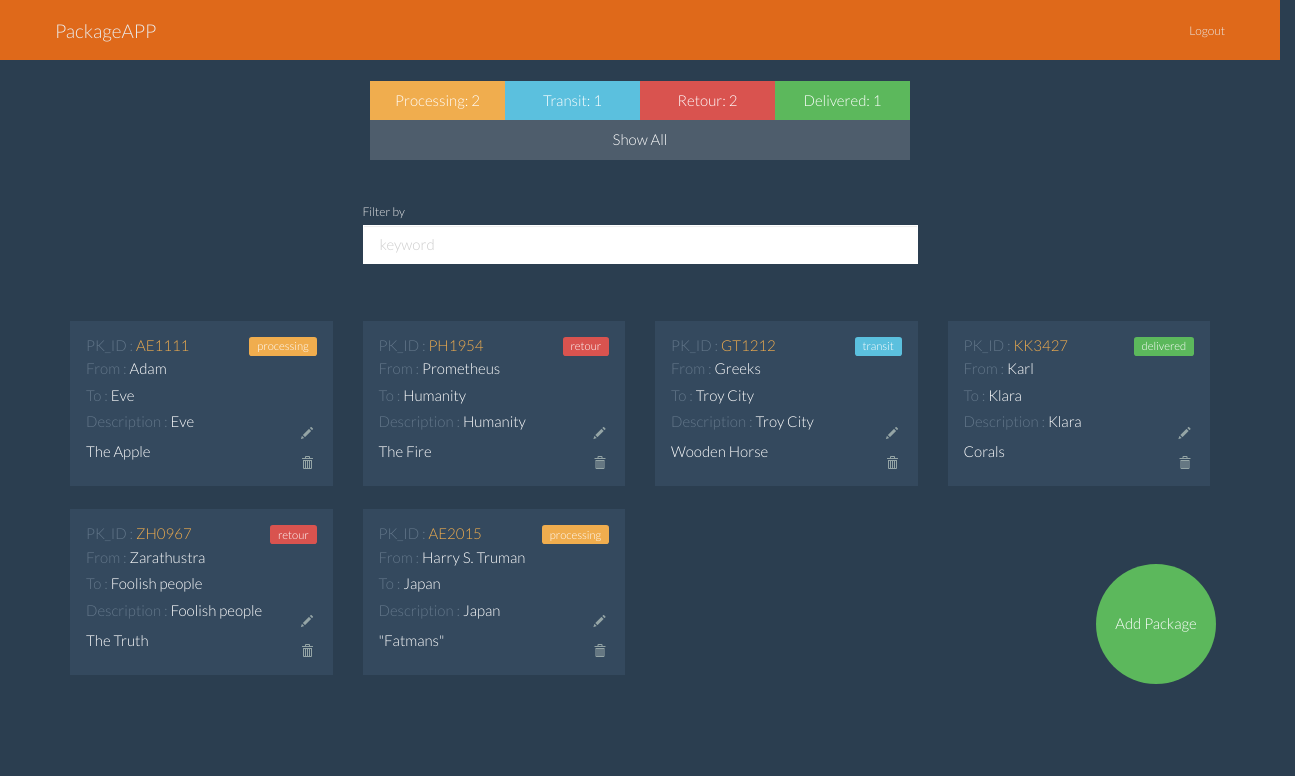
Repository: andreasmihm/aizat
Page: index.html
The author's editor kept a record of every edit. The page is drawn from the files as they stood at one moment, then again after the next edit.
The browser window is 1280 px wide. The page is 1295 px wide, so the pictures cover 1295 px, including what lies to the right of the window. The pictures show the whole page.

Above is the page before.

### index.html
<!DOCTYPE html>
<html>

<head>
  <meta charset="utf-8">
  <title>PackageAPP</title>

  <link rel="stylesheet" href="app/assets/bower_components/bootswatch-dist/css/bootstrap.min.css">
  <link rel="stylesheet" href="app/assets/style/main.css">
  <script src="app/assets/bower_components/jquery/dist/jquery.min.js"></script>
</head>

<body ng-app="PackageApp">

  <nav class="navbar navbar-inverse">
    <div id="wide_nav" class="container">
      <div class="navbar-header">
        <a class="navbar-brand" href="#">PackageAPP</a>
      </div>

      <ul class="nav navbar-nav navbar-right">
        <li><a href="#">Logout</a></li>
      </ul>
    </div>
  </nav>
  <div class="row">
    <div class="container" ng-controller="StatusCtrl">
      <div class="col-md-6 col-md-offset-3">
        <div class="btn-group btn-group-justified">
          <a href="#" class="btn btn-warning" ng-class="checked('processing') ? 'checked' : 'notCh' " ng-click="filterStatus('processing')">Processing: {{ getNumberStatus('processing') }} </a>
          <a href="#" class="btn btn-info" ng-class="checked('transit') ? 'checked' : 'notCh' " ng-click="filterStatus('transit')">Transit: {{ getNumberStatus('transit') }} </a>
          <a href="#" class="btn btn-danger" ng-class="checked('retour') ? 'checked' : 'notCh' " ng-click="filterStatus('retour')">Retour: {{ getNumberStatus('retour') }} </a>
          <a href="#" class="btn btn-success" ng-class="checked('delivered') ? 'checked' : 'notCh' " ng-click="filterStatus('delivered')">Delivered: {{ getNumberStatus('delivered') }} </a>
        </div>
        <div class="btn-group btn-group-justified">
          <a href="#" class="btn btn-default" ng-click="showAll()">Show All</a>
        </div>
      </div>
    </div>
  </div>

  <div class="break">
  </div>

  <div class="container" ng-controller="ListCtrl">
    <div class="row">
      <div class="form-group col-md-6 col-md-offset-3">
        <label class="control-label">Filter by</label>
        <div class="">
          <input class="form-control" placeholder="keyword" type="text" ng-model="search">
        </div>
      </div>
    </div>
    <div class="break">
    </div>
    <div class="row">
      <div class="col-lg-3 col-md-4 col-xs-6 animate-repeat" ng-repeat="pack in packs | filter:search | status">
        <div class="package">
          <div class="alert">
            <h5 class="list-group-item-heading"><span class="text-muted">PK_ID&#09;:</span> <span class="text-warning">{{pack.id}}</span><button type="button" class="btn label label-{{getClass(pack.id)}} pull-right" ng-click="cycStatus(pack.id)">{{pack.status}}</button></h5>
            <p><span class="text-muted">From :</span> {{pack.sen}}</p>
            <p><span class="text-muted">To :</span> {{pack.rec}}</p>
            <p><span class="text-muted">Description :</span> {{pack.rec}}
            <h5>{{pack.desc}}</h5>
            <div class="package-ctrl">
              <button ng-click="edit(pack.id)" class="btn btn-sm btn-package"><span class="glyphicon glyphicon-pencil" aria-hidden="true"></span></button>
              <button ng-click="delete(pack.id)" class="btn btn-sm btn-package"><span class="glyphicon glyphicon-trash" aria-hidden="true"></span></button>
            </div>
          </div>
        </div>
      </div>
    </div>
  </div>

  <div class="container" ng-controller="AddCtrl">
    <button id="addPack" class="btn btn-success" ng-click="modalVis = true">Add Package</button>
    <div class="modal" ng-class="modalVis ? 'show' : 'hide' ">
      <div class="modal-dialog">
        <div class="modal-content">
          <div class="modal-header">
            <h4 class="modal-title">Add Package</h4>
          </div>
          <div class="modal-body">
            <form class="form-horizontal">
              <fieldset>
                <div class="form-group">
                  <label for="sender" class="col-lg-2 control-label">Sender</label>
                  <div class="col-lg-10">
                    <input type="text" class="form-control" id="sender" placeholder="sender name" ng-model="sender" required>
                  </div>
                </div>
                <div class="form-group">
                  <label for="recipient" class="col-lg-2 control-label">Recipient</label>
                  <div class="col-lg-10">
                    <input type="text" class="form-control" id="recipient" placeholder="recipient name" ng-model="recipient" required>
                  </div>
                </div>
                <div class="form-group">
                  <label for="description" class="col-lg-2 control-label">Description</label>
                  <div class="col-lg-10">
                    <textarea class="form-control" rows="3" id="description" ng-model="description" required></textarea>
                  </div>
                </div>

                <div class="form-group">
                  <div class="col-lg-10 col-lg-offset-2">
                    <button type="submit" class="btn btn-primary" ng-click="addPack()">Submit</button>
                    <button type="reset" class="btn btn-default" ng-click="modalVis = false">Cancel</button>
                  </div>
                </div>
              </fieldset>
            </form>
          </div>
        </div>
      </div>
    </div>
  </div>

  <div class="doubleBreak">

  </div>


  <!-- bootstrap dependencies -->
  <script src="app/assets/bower_components/bootswatch-dist/js/bootstrap.min.js"></script>
  <!-- angular dependencies -->
  <script src="app/assets/bower_components/angular/angular.min.js"></script>
  <script src="app/assets/bower_components/angular-local-storage/dist/angular-local-storage.min.js"></script>
  <script src="app/assets/bower_components/angular-animate/angular-animate.js"></script>
  <!-- angular appConfig -->
  <script src="app/app.js"></script>
  <script src="app/app.config.js"></script>
  <!-- angular controllers -->
  <script src="app/js/controllers/addCtrl.js"></script>
  <script src="app/js/controllers/statusCtrl.js"></script>
  <script src="app/js/controllers/listCtrl.js"></script>
  <!-- angular services -->
  <script src="app/js/services/packageService.js"></script>



</body>

</html>

### app/assets/style/main.css
#wide_nav {
    padding: 10px 0;
}

#id {
    display: block;
    height: 100px !important;
}

.break {
    width: 100%;
    height: 40px;
}

.doubleBreak {
    width: 100%;
    height: 80px;
}

.package {
    background:#34495e;
    margin: 2px 0;
}

.package-ctrl {
    position:absolute;
    right: 8%;
    bottom: 15%;
}

.btn-package {
    color: #95a5a6;
    background:#34495e;
    transition: all 0.3s;
    display: block;
}

.label {
    transition: all 0.4s;
}

.btn-package:hover {
}

.checked {
    opacity: 1;
}

.notCh {
    opacity: 0.3;
}

#addPack {
    position: fixed;
    bottom: 5%;
    right: 5%;
    width: 120px;
    height: 120px;
    border-radius: 100%;
    background: #5cb85c;
}

.animate-repeat.ng-enter {
    animation: enter 0.6s;
    -webkit-animation: enter 0.6s;
}

.animate-repeat.ng-leave {
    animation: exit 0.8s;
    -webkit-animation: exit 0.8s;
}

.text-muted {
    color: #63778a;
}

@keyframes enter {
    from {
        opacity: 0;
        transform: scale3d(.3, .3, .3);
    }
    50% {
        opacity: 1;
    }
}

@keyframes exit {
    from {
        opacity: 1;
    }
    50% {
        opacity: 0;
        transform: scale3d(.3, .3, .3);
    }
    to {
        opacity: 0;
    }
}

### app/app.js
'use strict';

angular.module('PackageApp', ['ngAnimate']);

### app/app.config.js
/*angular.module('PackageApp').config(function() {

});*/

### app/js/controllers/addCtrl.js
angular.module('PackageApp').controller('AddCtrl', function($scope, packageService) {
    $scope.addPack = function() {
        if ($scope.sender && $scope.recipient && $scope.description) {
            var newPack = {
                id: $scope.sender.charAt(0).toUpperCase() + $scope.recipient.charAt(0).toUpperCase() + getRandom(),
                sen: $scope.sender,
                rec: $scope.recipient,
                desc: $scope.description,
                status: 'processing'
            };
            packageService.addPack(newPack);
            flushFields();
            $scope.modalVis = false;
        }
    }

    $scope.modalVis = false;

    function flushFields() {
        $scope.sender = '';
        $scope.recipient = '';
        $scope.description = '';
    };

    function getRandom() {
        return Math.floor(Math.random() * (9999 - 1111) + 1111);
    }
});

### app/js/controllers/statusCtrl.js
angular.module('PackageApp').controller('StatusCtrl', function($scope, packageService, checkedStatus) {
    $scope.getNumberStatus = function(status) {
        return packageService.getPackByStatus(status).length;
    }

    $scope.showAll = function(){
        checkedStatus.flush();
    }

    $scope.filterStatus = function(stat){
        checkedStatus.toggle(stat);
    }
    $scope.checked = function(stat){
        return checkedStatus.check(stat);
    }
}).factory('checkedStatus', function() {
    var checked = [];
    return {
        check: function(stat) {
            if(checked.length > 0)
                return (checked.indexOf(stat) > -1) ? true : false;
            else
                return true;
        },
        toggle: function(stat) {
            if (checked.indexOf(stat) == -1)
                return checked.push(stat);
            else
                checked = checked.filter(function(elem) {
                    return elem !== stat;
                });
        },
        flush: function(){
            checked = [];
        }
    }
}).filter('status', ['checkedStatus', function(checkedStatus) {
    return function(packs) {
        return packs.filter(function(pack){
            return checkedStatus.check(pack.status);
        });
    };
}]);

### app/js/controllers/listCtrl.js
angular.module('PackageApp').controller('ListCtrl', function($scope, packageService) {

    $scope.packs = packageService.getPacks();

    $scope.getClass = function(id) {
        var stat = packageService.getPackByID(id)[0].status;
        switch (stat) {
            case 'processing':
                return 'warning';
                break;
            case 'transit':
                return 'info';
                break;
            case 'retour':
                return 'danger';
                break;
            case 'delivered':
                return 'success';
                break;

            default:
                return 'default';
        }
    }
    $scope.cycStatus = function(id) {
        packageService.changeStatus(id);
    }
    $scope.delete = function(id) {
        packageService.deletePack(id);
        $scope.packs = packageService.getPacks();
    }

});

### app/js/services/packageService.js
angular.module('PackageApp').factory('packageService', function() {

    var packs = [{
        id: "AE1111",
        sen: "Adam",
        rec: "Eve",
        desc: "The Apple",
        status: "processing"
    }, {
        id: "PH1954",
        sen: "Prometheus",
        rec: "Humanity",
        desc: "The Fire",
        status: "retour"
    }, {
        id: "GT1212",
        sen: "Greeks",
        rec: "Troy City",
        desc: 'Wooden Horse',
        status: "transit"
    }, {
        id: "KK3427",
        sen: "Karl",
        rec: "Klara",
        desc: "Corals",
        status: "delivered"
    },{
        id: "ZH0967",
        sen: "Zarathustra",
        rec: "Foolish people",
        desc: "The Truth",
        status: "retour"
    }, {
        id: "AE2015",
        sen: "Harry S. Truman",
        rec: "Japan",
        desc: '"Fatmans"',
        status: "processing"
    }];
    return {
        getPacks: function() {
            return packs;
        },
        getPackByStatus: function(status) {
            return packs.filter(function(elem) {
                return elem.status == status;
            });
        },
        getPackByID: function(id) {
            return packs.filter(function(elem) {
                return elem.id == id;
            });
        },
        addPack: function(pack) {
            packs.push(pack);
        },
        changeStatus: function(id) {
            for (var i = 0; i < packs.length; i++) {
                if (packs[i].id === id) {
                    switch (packs[i].status) {
                        case 'processing':
                            packs[i].status = 'transit';
                            break;
                        case 'transit':
                            packs[i].status = 'delivered';
                            break;
                        case 'retour':
                            packs[i].status = 'processing';
                            break;
                        case 'delivered':
                            packs[i].status = 'retour';
                            break;
                        default:
                            packs[i].status = 'processing';
                    }
                }
            }
        },
        deletePack: function(del) {
            packs = packs.filter(function(elem) {
                return elem.id !== del;
            });
        }
    };
})

Loaded but not shown: app/assets/bower_components/bootswatch-dist/css/bootstrap.min.css (library); app/assets/bower_components/jquery/dist/jquery.min.js (library); app/assets/bower_components/bootswatch-dist/js/bootstrap.min.js (library); app/assets/bower_components/angular/angular.min.js (library); app/assets/bower_components/angular-local-storage/dist/angular-local-storage.min.js (library); app/assets/bower_components/angular-animate/angular-animate.js (library)

After the next edit:
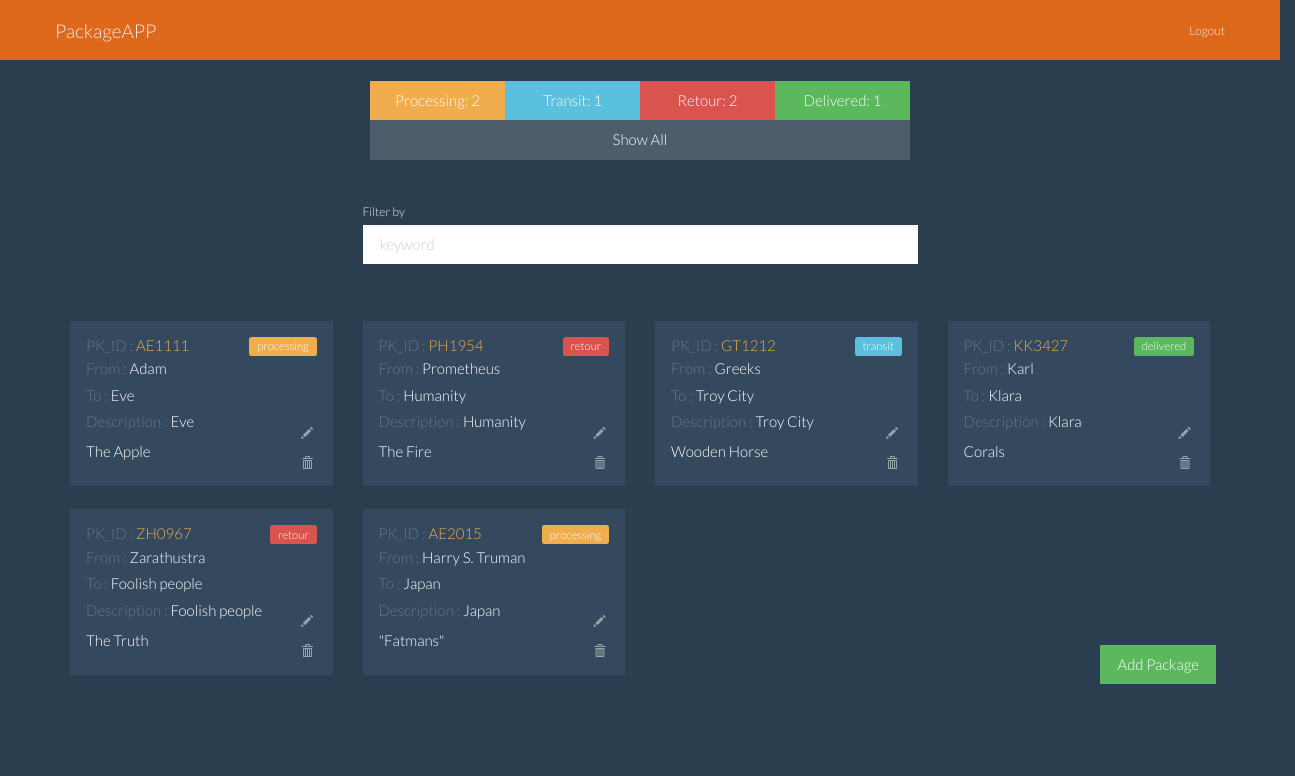
The edit:
--- a/app/assets/style/main.css
+++ b/app/assets/style/main.css
@@ -54,9 +54,6 @@
     position: fixed;
     bottom: 5%;
     right: 5%;
-    width: 120px;
-    height: 120px;
-    border-radius: 100%;
     background: #5cb85c;
 }
 
